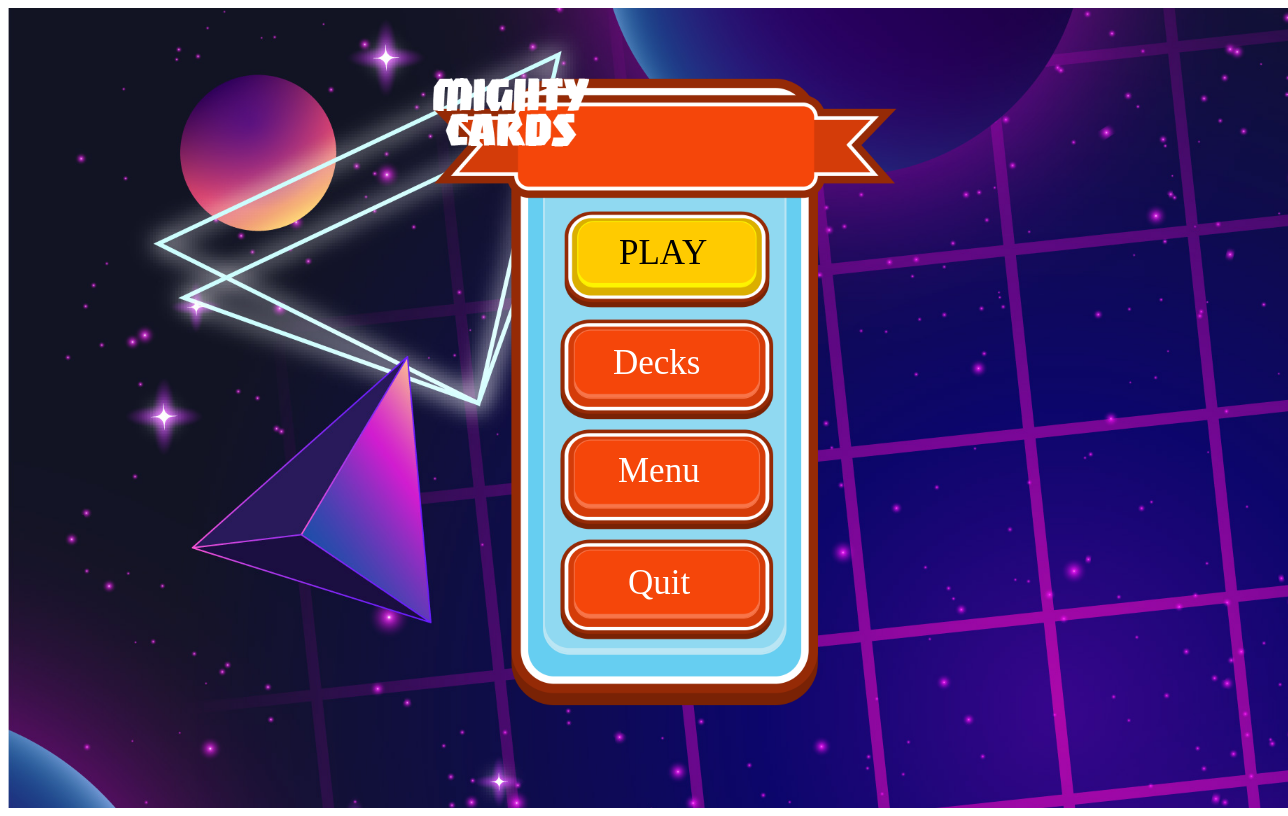
Repository: getvoiceagency/html5
Page: menu.html
The author's editor kept a record of every edit. The page is drawn from the files as they stood at one moment, then again after the next edit.
The browser window is 1280 px wide. The page is 1288 px wide, so the pictures cover 1288 px, including what lies to the right of the window. The pictures show the whole page.
Some web fonts or font styles are not loaded; a fallback is used. Some web libraries are served in a nearby version.

Above is the page before.

After the next edit:
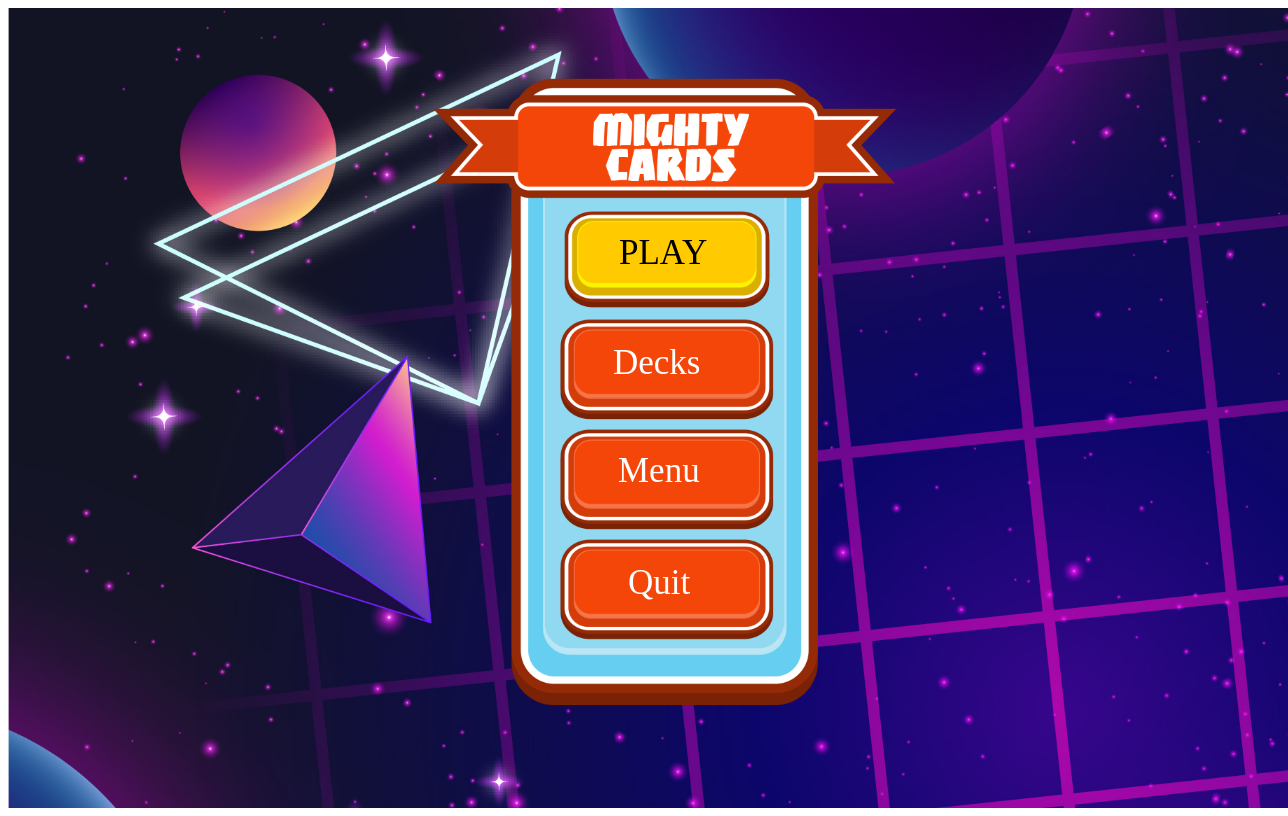
The edit:
--- a/menu.html
+++ b/menu.html
@@ -95,8 +95,8 @@
 //Position the logo
     logo.anchor.x = 0;
     logo.anchor.y = 0;
-    logo.position.x = 425;
-    logo.position.y = 70;
+    logo.position.x = 585;
+    logo.position.y = 105;
     logo.scale.x = 0.7;
     logo.scale.y = 0.7;
 
